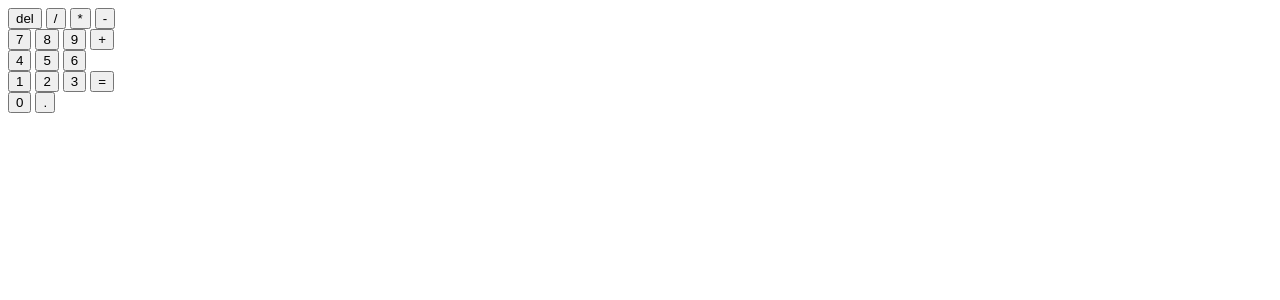
Repository: DenLion09/DenLion09.dots
Page: calculator/index.html
These files come from the project's save history. The page is drawn as it stood at one moment and after the next save; the edit follows.
The browser window is 1280 px wide. The pictures show the whole page.

Above is the page before, as saved 2026-04-26 21:42:54.

After the next save:
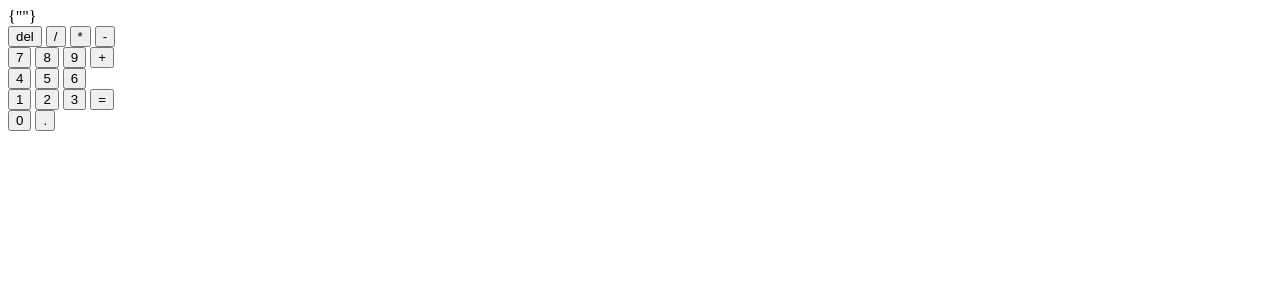
Saved 28 s later.
--- a/calculator/index.html
+++ b/calculator/index.html
@@ -13,7 +13,7 @@
         margin: 15%;
       }
     </style>
-    <div class="viewport"></div>
+    <div class="viewport">{""}</div>
     <div class="claculator-body">
       <div class="col-1">
         <button type="button">del</button>

After the save that followed:
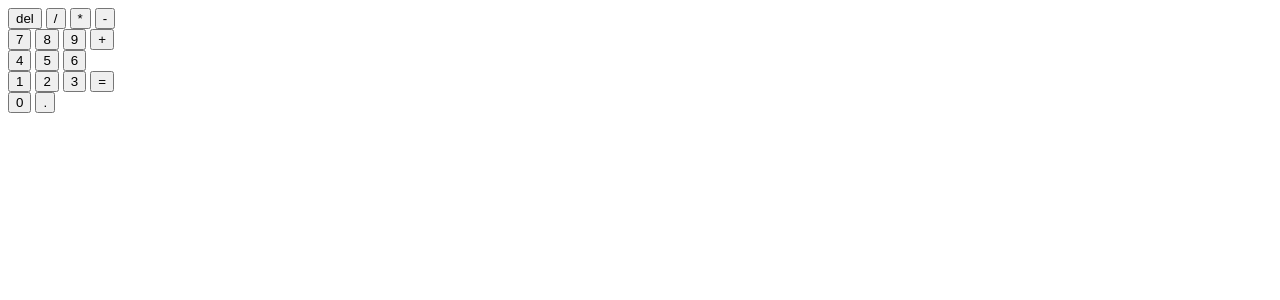
Saved 100 s later.
--- a/calculator/index.html
+++ b/calculator/index.html
@@ -13,7 +13,7 @@
         margin: 15%;
       }
     </style>
-    <div class="viewport">{""}</div>
+    <div class="viewport"></div>
     <div class="claculator-body">
       <div class="col-1">
         <button type="button">del</button>
